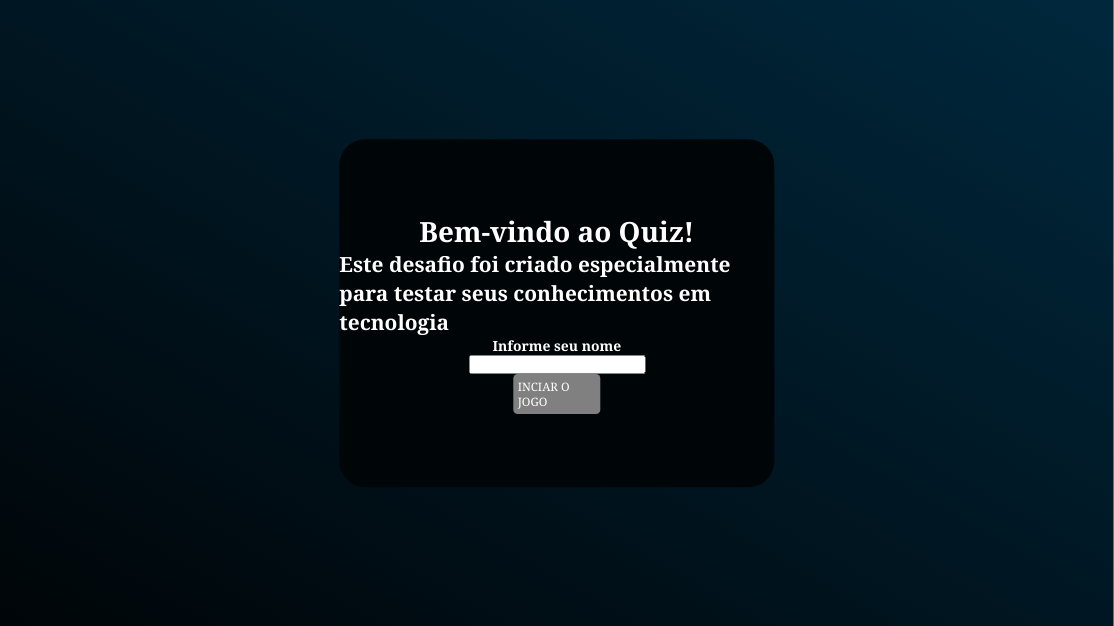
Repository: LaisSilvaO/Projeto-Quizz
Page: telas/apresentação.html
An editor plug-in stored every save of this project. The page is shown before and after the next save, followed by the edit.
The browser window is 1280 px wide. The pictures show the whole page, at 87% of full size.

Above is the page before, as saved 2024-12-25 18:54:11.

### telas/apresentação.html
<!DOCTYPE html>
<html lang="pt-br">

<head>
    <meta charset="UTF-8">
    <meta name="viewport" content="width=device-width, initial-scale=1.0">
    <title>Quiz</title>
    <link rel="stylesheet" href="../img/tela.css">
</head>

<body>
    <div class="box1">
        <div class="box2">
            <H1> Bem-vindo ao Quiz!</H1>

            <h2>Este desafio foi criado especialmente para testar seus conhecimentos em tecnologia


            </h2>
            <h4>Informe seu nome </h4>
            <input type="text" id="nome">
            <A href="index.html">
                <h4><button>INCIAR O JOGO</button></h4>
            </A>
        </div>
    </div>

</body>

</html>

### img/tela.css
* {
  margin: 0;
  padding: 0;
  box-sizing: border-box;
  font-family: Cambria, Cochin, Georgia, Times, 'Times New Roman', serif;
}

body {
  height: 100vh;
  display: flex;
  justify-content: center;
  flex-direction: column;
  flex-wrap: wrap;
  align-items: center;
  gap: 5px;
  background: linear-gradient(210deg, #00283d, #000508)
}

main {
  background-color: white;
  padding: 10px;
  border-radius: 10px;
  width: 100%;
  max-width: 600px;
  min-height: 400px;
  display: flex;
  align-items: center;
  justify-content: center;
}

.content {
  display: flex;
  flex-direction: column;
  width: 100px;
  gap: 10px;
}

.qtddquestao {
  text-align: end;
}

.resposta {
  display: flex;
  flex-direction: column;
  gap: 5px;
}

button {
  width: 100px;
  text-align: start;
  padding: 5px;
  border: none;
  border-radius: 5px;
  cursor: pointer;
  background-color: grey;
  color: white;
}

.final {
  display: none;
  flex-direction: column;
  gap: 10px;
}

.box1 {
  display: flex;
  width: 100%;
  height: 100hv;
  justify-content: center;
  align-items: center;
}

.box2 {
  color: white;
  position: relative;
  width: 500px;
  height: 400px;
  background-color: #000508;
  border-radius: 30px;
  display: flex;

  justify-content: center;
  align-items: center;
  flex-direction: column
}

After the next save:
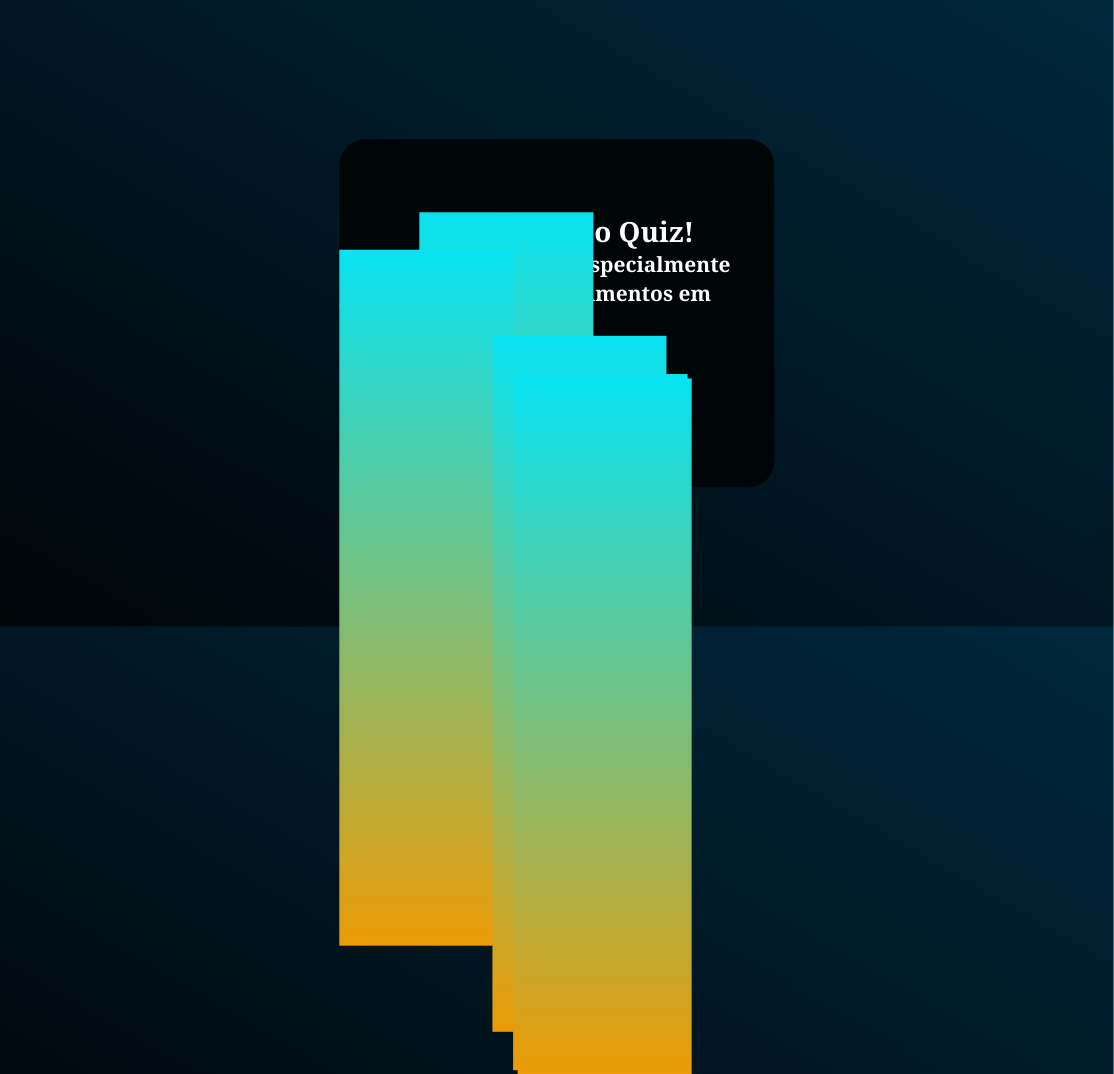
Saved 6 min 41 s later.
--- a/img/tela.css
+++ b/img/tela.css
@@ -83,3 +83,11 @@ button {
   align-items: center;
   flex-direction: column
 }
+
+.box2 ::before{
+  content: "";
+  position: absolute;
+  width: 200px;
+  height: 200%;
+  background: linear-gradient(180deg, #07e2f1, #eb9b05);
+}

After the save that followed:
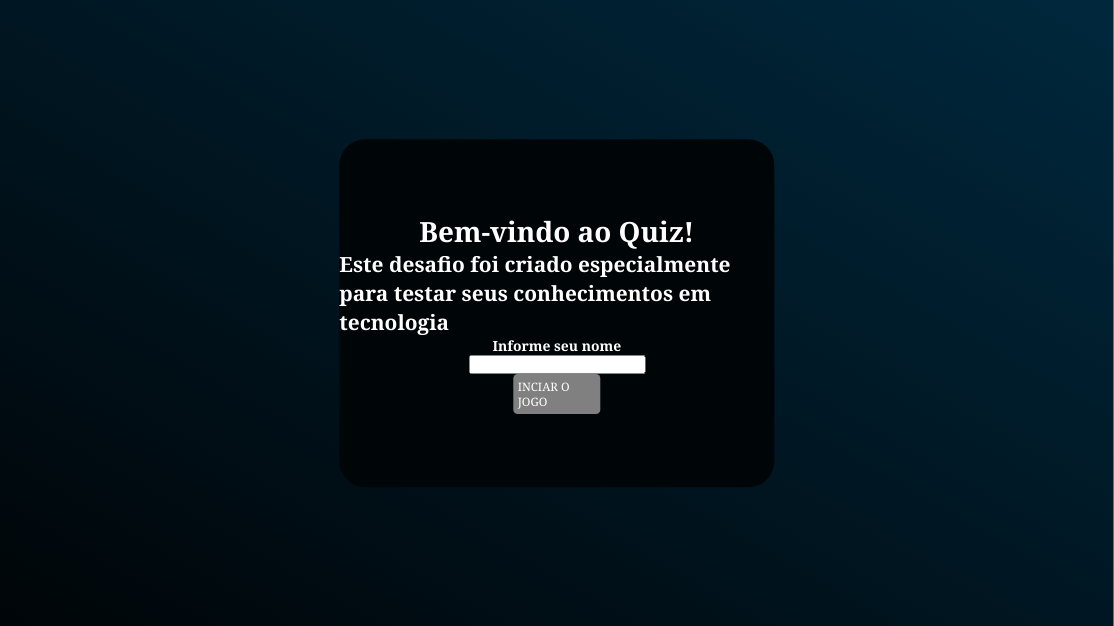
Saved 45 s later.
--- a/img/tela.css
+++ b/img/tela.css
@@ -88,6 +88,6 @@ button {
   content: "";
   position: absolute;
   width: 200px;
-  height: 200%;
+
   background: linear-gradient(180deg, #07e2f1, #eb9b05);
 }
